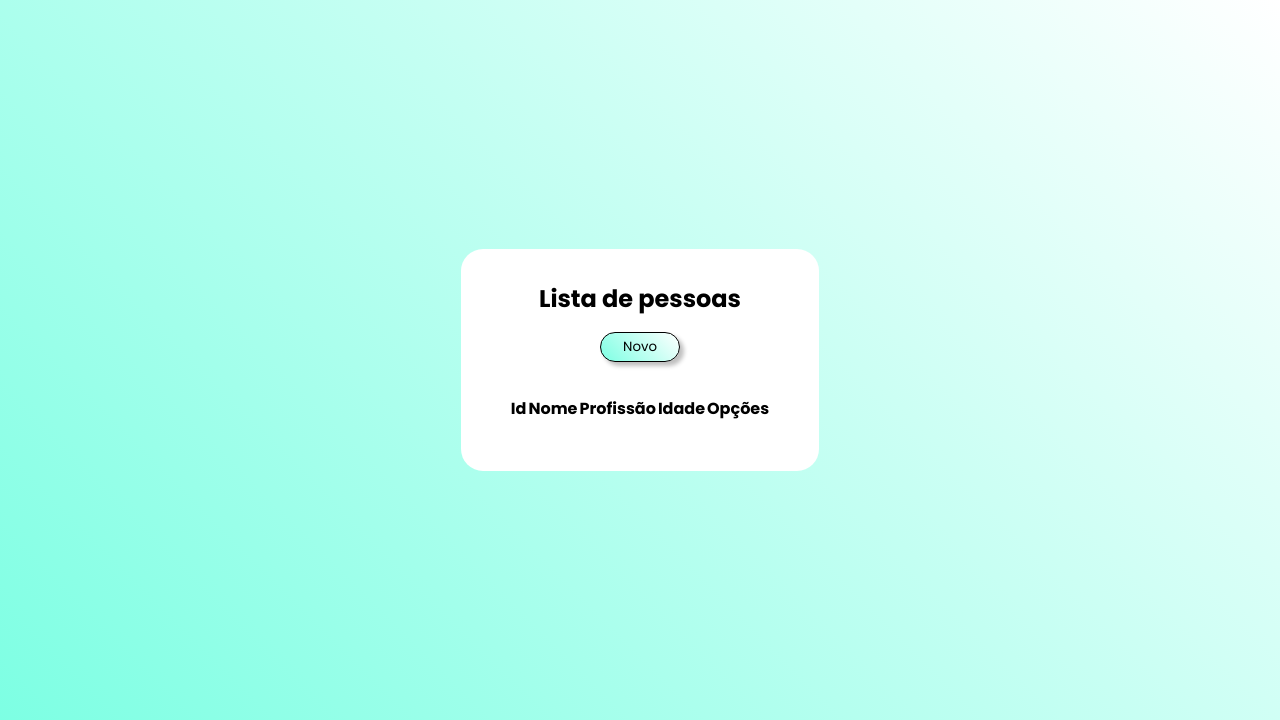
Repository: alef-torres/TesteUnicontrol
Page: http://localhost/desafioUnicontrol/main
The author's editor kept a copy of each file at every save. The page is drawn from the files as they stood at one save, then again after the next save.
The browser window is 1280 px wide. The pictures show the whole page.
The page is served by Tomcat 9. Other server files are loaded and not shown. Queries for data that is not in the repository find no rows.

Above is the page before, as saved 2024-02-10 23:23:21.

### DesafioUnicontrol/desafioUnicontrol/src/main/webapp/pesquisa.jsp
<%@ page language="java" contentType="text/html; charset=utf-8"
	pageEncoding="utf-8"%>
<%@ page import="model.JavaBeans"%>
<%@ page import="java.util.ArrayList"%>



<%
ArrayList<JavaBeans> lista = (ArrayList<JavaBeans>) request.getAttribute("pessoas");
%>


<!DOCTYPE html>
<html lang="pt-br">

<head>
<meta charset="UTF-8">
<title>Pessoas</title>
<link rel="stylesheet" href="estilo/pesquisa.css">
</head>

<body>
	<section>
		<div>
			<h1>Lista de pessoas</h1>
			<a href="index.html"><button>Novo</button></a>



			<table id="tabela">
				<thead>
					<tr>
						<th>Id</th>
						<th>Nome</th>
						<th>Profissão</th>
						<th>Idade</th>
						<th>Opções</th>
					</tr>
				</thead>

				<tbody>
					<%
					for (int i = 0; i < lista.size(); i++) {
					%>
					<tr>
						<td><%=lista.get(i).getIdcon()%></td>
						<td><%=lista.get(i).getNome()%></td>
						<td><%=lista.get(i).getProfissao()%></td>
						<td><%=lista.get(i).getIdade()%></td>
						<td><a href="select?idcon=<%=lista.get(i).getIdcon()%>>">Editar</a>
							<a href="javascript: confirmar(<%=lista.get(i).getIdcon()%>)">Excluir</a>
						</td>

					</tr>
					<%
					}
					%>
				</tbody>
			</table>
		</div>
	</section>



	<script src="scripts/confirmador.js"></script>
</body>

</html>

### DesafioUnicontrol/desafioUnicontrol/src/main/java/controler/Controler.java
package controler;

import java.io.IOException;
import java.util.ArrayList;

import javax.servlet.RequestDispatcher;
import javax.servlet.ServletException;
import javax.servlet.annotation.WebServlet;
import javax.servlet.http.HttpServlet;
import javax.servlet.http.HttpServletRequest;
import javax.servlet.http.HttpServletResponse;

import model.DAO;
import model.JavaBeans;

@WebServlet(urlPatterns = { "/Controller", "/main", "/insert", "/select", "/update", "/delete" })
public class Controler extends HttpServlet {
	private static final long serialVersionUID = 1L;
	DAO dao = new DAO();
	JavaBeans pessoa = new JavaBeans();

	public Controler() {
		super();

	}

	protected void doGet(HttpServletRequest request, HttpServletResponse response)
			throws ServletException, IOException {

		String action = request.getServletPath();
		System.out.println(action);
		if (action.equals("/main")) {
			pesquisa(request, response);
		} else if (action.equals("/insert")) {
			novaPessoa(request, response);
		} else if (action.equals("/select")) {
			listarPessoas(request, response);
		} else if (action.equals("/update")) {
			editarPessoa(request, response);
		} else if (action.equals("/delete")) {
			deletarPessoa(request, response);
		} else {
			response.sendRedirect("index.html");
		}

	}

	protected void pesquisa(HttpServletRequest request, HttpServletResponse response)
			throws ServletException, IOException {

		ArrayList<JavaBeans> listaDePessoas = dao.listarPessoas();

		request.setAttribute("pessoas", listaDePessoas);
		RequestDispatcher rd = request.getRequestDispatcher("pesquisa.jsp");
		rd.forward(request, response);
	}

	protected void novaPessoa(HttpServletRequest request, HttpServletResponse response)
			throws ServletException, IOException {

		// enviando para as variaveis JavaBeans

		pessoa.setNome(request.getParameter("name"));
		pessoa.setProfissao(request.getParameter("profissao"));
		pessoa.setIdade(request.getParameter("idade"));

		// invocar o metodo insertPessoa passando o objeto pessoa

		dao.insertPessoas(pessoa);

		// retornando para a pagina index
		response.sendRedirect("index.html");
	}

	protected void listarPessoas(HttpServletRequest request, HttpServletResponse response)
			throws ServletException, IOException {
		String idcon = request.getParameter("idcon");

		pessoa.setIdcon(idcon);

		dao.selecionarPessoa(pessoa);

		request.setAttribute("idcon", pessoa.getIdcon());
		request.setAttribute("nome", pessoa.getNome());
		request.setAttribute("profissao", pessoa.getProfissao());
		request.setAttribute("idade", pessoa.getIdade());

		RequestDispatcher rd = request.getRequestDispatcher("editar.jsp");
		rd.forward(request, response);

	}

	protected void editarPessoa(HttpServletRequest request, HttpServletResponse response)
			throws ServletException, IOException {

		pessoa.setIdcon(request.getParameter("idcon"));
		pessoa.setNome(request.getParameter("nome"));
		pessoa.setProfissao(request.getParameter("profissao"));
		pessoa.setIdade(request.getParameter("idade"));

		dao.alterarContanto(pessoa);

		response.sendRedirect("main");

	}

	protected void deletarPessoa(HttpServletRequest request, HttpServletResponse response)
			throws ServletException, IOException {
		String idcon = request.getParameter("idcon");
		System.out.println(idcon);

		pessoa.setIdcon(idcon);

		dao.deleterPessoas(pessoa);

		response.sendRedirect("main");

	}

}

### DesafioUnicontrol/desafioUnicontrol/src/main/webapp/estilo/pesquisa.css
@charset "UTF-8";

@import
	url('https://fonts.googleapis.com/css2?family=Poppins:wght@100;300;400;500;600;700&display=swap')
	;

* {
	margin: 0;
	padding: 0;
	font-family: 'Poppins';
	text-decoration: none;
}

body {
	width: 100%;
	height: 100vh;
	background: linear-gradient(45deg, #7DFFE3, #fff);
}

section {
	display: flex;
	height: 100%;
	flex-direction: column;
	justify-content: space-around;
	align-items: center;
}

div {
	display: flex;
	flex-direction: column;
	justify-content: space-around;
	align-items: center;
	gap: 1rem;
	background: white;
	border-radius: 22px;
	padding: 2rem;
}

.principal {
	margin-top: auto;
	height: 100%;
	display: flex;
	flex-direction: row;
	justify-content: space-around;
	align-items: center;
}

.formulario-de-cadastro {
	display: flex;
	flex-direction: column;
	padding: 2rem;
	background: #fff;
	border-radius: 10px;
}

#btn {
	display: flex;
	flex-direction: row;
	align-items: center;
	justify-content: space-around;
	margin-top: 1rem;
}

button {
	width: 80px;
	height: 30px;
	border: solid 1px black;
	border-radius: 22px;
	background: linear-gradient(45deg, #7DFFE3, #fff);
	color: black;
	cursor: pointer;
	box-shadow: 4px 4px 4px rgba(0, 0, 0, 0.25);
}

#btn-enviar {
	background: linear-gradient(-45deg, #7DFFE3, #fff);
}

a {
	color: black;
}

#tabela {
	padding: 1rem;
}

#tabela th {
	gap: 4px;
}

### DesafioUnicontrol/desafioUnicontrol/src/main/webapp/scripts/confirmador.js



function confirmar(idcon){
	let resposta = confirm("Comfirma a exclusão desta pessoa?")
	if (resposta === true){
		//alert(idcon)
		window.location.href = 'delete?idcon=' + idcon
	}
}

After the next save:
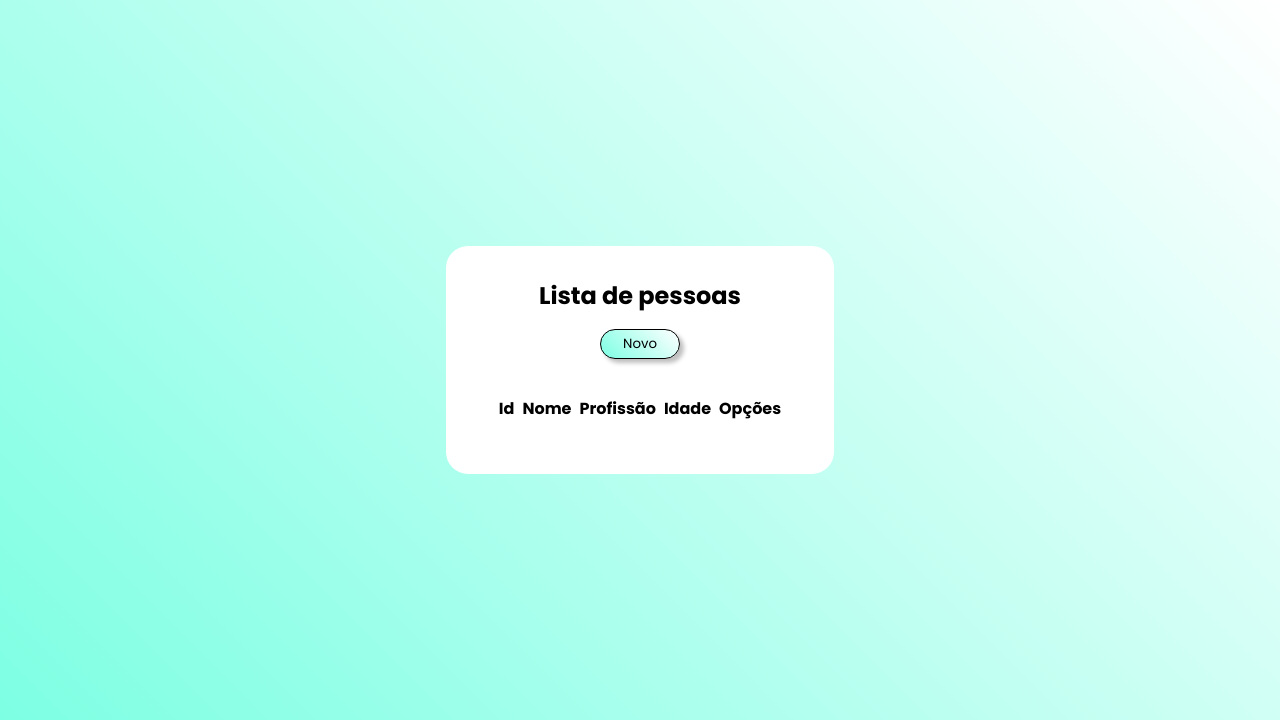
Saved 20 s later.
--- a/DesafioUnicontrol/desafioUnicontrol/src/main/webapp/estilo/pesquisa.css
+++ b/DesafioUnicontrol/desafioUnicontrol/src/main/webapp/estilo/pesquisa.css
@@ -85,5 +85,5 @@
 }
 
 #tabela th {
-	gap: 4px;
+	padding:3px;
 }

After the 3 saves that followed:
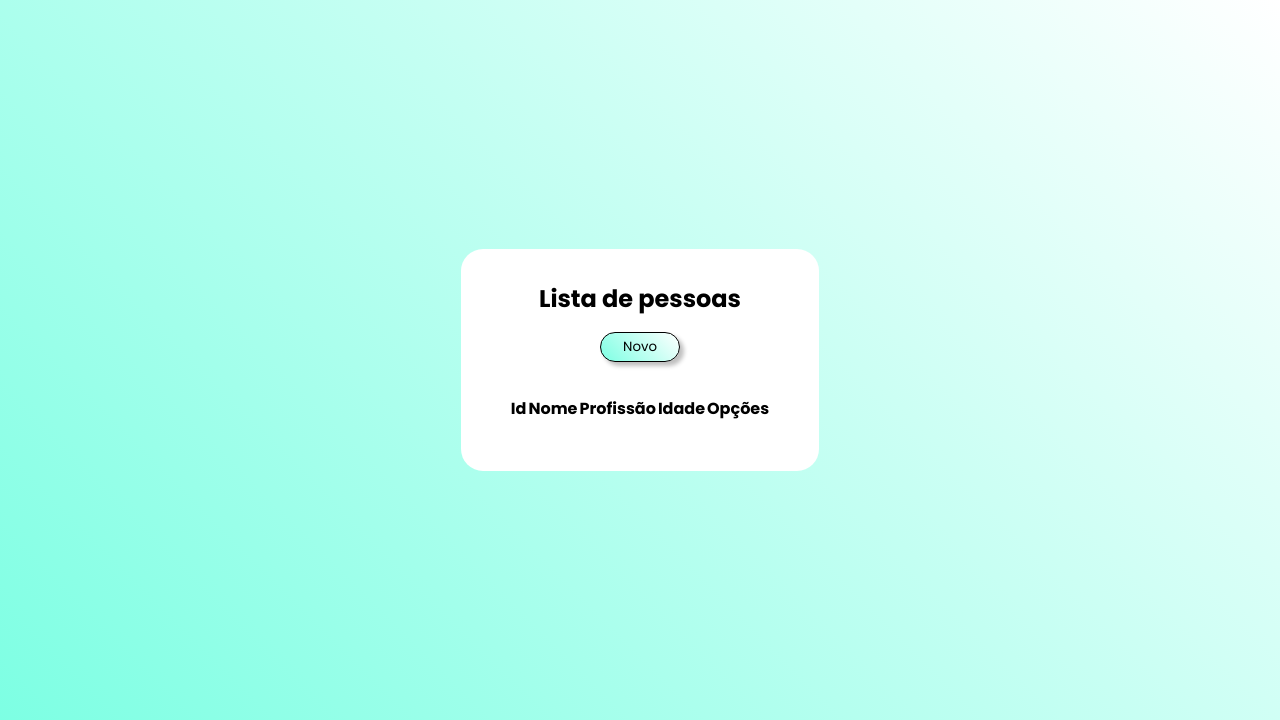
The 3 saves are shown as one change because 2 left the picture as it was.
The last was saved 3 min 28 s later.
--- a/DesafioUnicontrol/desafioUnicontrol/src/main/webapp/estilo/pesquisa.css
+++ b/DesafioUnicontrol/desafioUnicontrol/src/main/webapp/estilo/pesquisa.css
@@ -84,6 +84,10 @@
 	padding: 1rem;
 }
 
-#tabela th {
-	padding:3px;
+#tabela thead {
+	padding: 1rem;
 }
+
+#tabela tr {
+	border-bottom: 1px solid black;
+}
